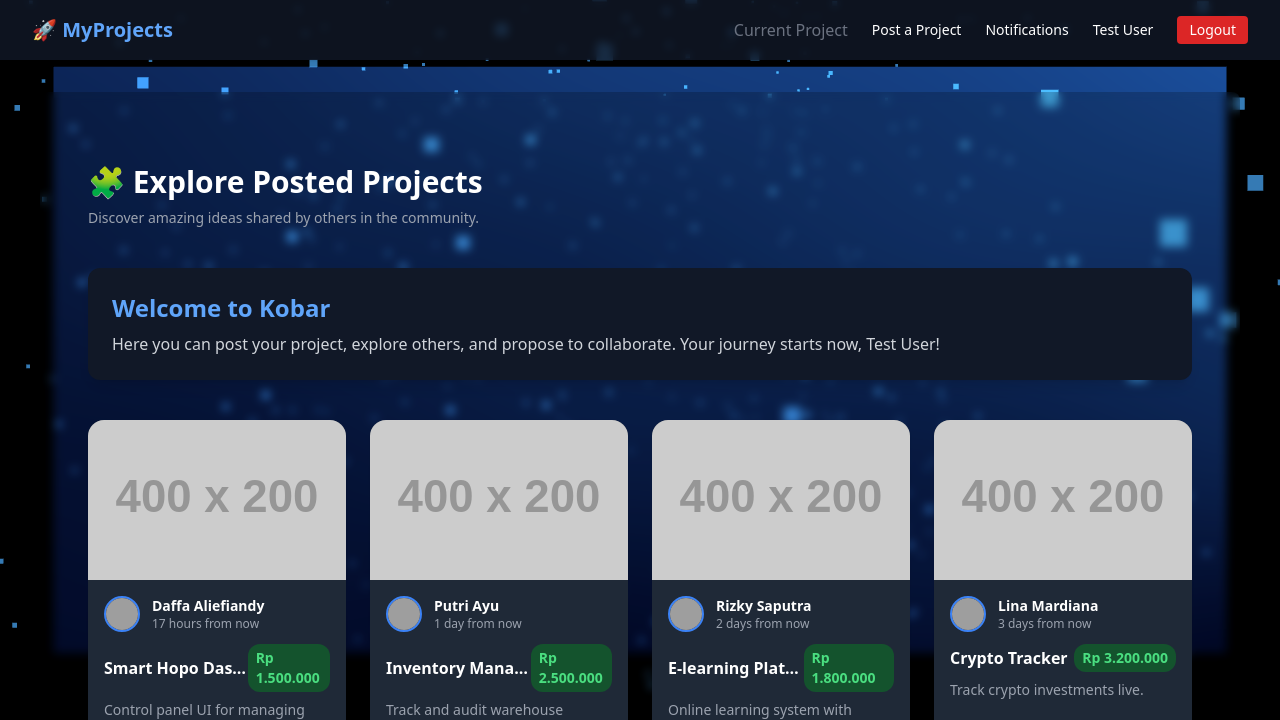
Repository: daffa-alif/kobar
Page: http://localhost/dashboard
These files come from the project's save history. The page is drawn as it stood at one moment and after the next save; the edit follows.
The browser window is 1280 px wide. The pictures show the whole page.
Pictures or frames that could not be fetched are drawn as grey boxes. An inner scrolling area shows only its first screen. Some web libraries are served in a nearby version. The page is served by the project's Laravel application, run on PHP 8.4 with Laravel 12. A made-up administrator, Test User (test@example.com), is signed in.

Above is the page before, as saved 2025-04-05 01:01:19.

After the next save:
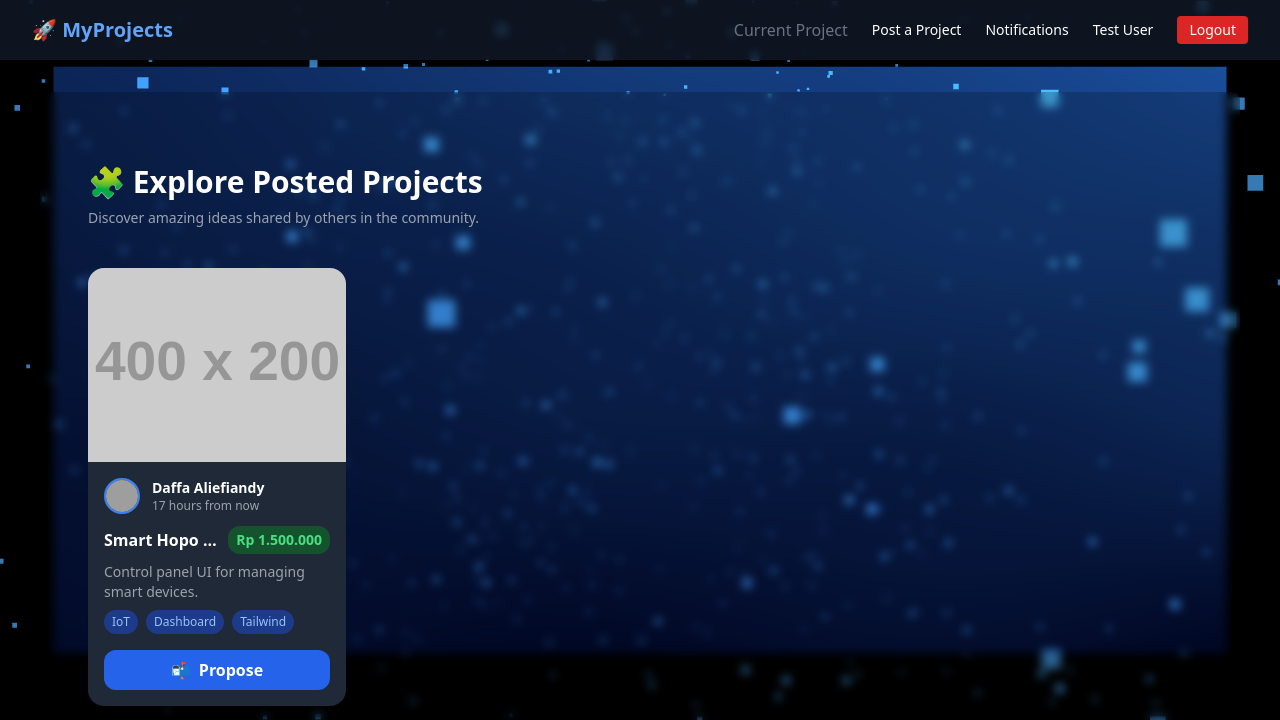
Saved 2 min 33 s later.
--- a/resources/views/dashboard.blade.php
+++ b/resources/views/dashboard.blade.php
@@ -1,20 +1,21 @@
 @extends('layouts.app')
 
 @section('content')
-
-
 <div class="max-w-7xl mx-auto px-4 py-10">
     <div class="mb-10">
         <h1 class="text-3xl font-bold text-white">🧩 Explore Posted Projects</h1>
         <p class="text-gray-400 text-sm mt-2">Discover amazing ideas shared by others in the community.</p>
     </div>
 
+    <!-- Welcome Banner (only shown once after login) -->
+    @if(session('show_welcome'))
     <div class="mb-10">
         <div class="bg-gray-900 rounded-xl p-6 shadow-lg">
             <h2 class="text-2xl font-semibold text-blue-400">Welcome to Kobar</h2>
             <p class="text-gray-300 mt-2">Here you can post your project, explore others, and propose to collaborate. Your journey starts now, {{ Auth::user()->name }}!</p>
         </div>
     </div>
+    @endif
 
     @php
         $projects = [
@@ -27,80 +28,64 @@
                 'tags' => ['IoT', 'Dashboard', 'Tailwind'],
                 'price' => 1500000
             ],
-            [
-                'title' => 'Inventory Management',
-                'description' => 'Track and audit warehouse inventory.',
-                'posted_by' => 'Putri Ayu',
-                'posted_at' => '2025-04-02 09:12',
-                'avatar' => 'https://i.pravatar.cc/100?img=5',
-                'tags' => ['Warehouse', 'PHP', 'MySQL'],
-                'price' => 2500000
-            ],
-            [
-                'title' => 'E-learning Platform',
-                'description' => 'Online learning system with quizzes.',
-                'posted_by' => 'Rizky Saputra',
-                'posted_at' => '2025-04-03 18:05',
-                'avatar' => 'https://i.pravatar.cc/100?img=7',
-                'tags' => ['Education', 'Laravel', 'Livewire'],
-                'price' => 1800000
-            ],
-            [
-                'title' => 'Crypto Tracker',
-                'description' => 'Track crypto investments live.',
-                'posted_by' => 'Lina Mardiana',
-                'posted_at' => '2025-04-04 10:22',
-                'avatar' => 'https://i.pravatar.cc/100?img=12',
-                'tags' => ['Crypto', 'API', 'React'],
-                'price' => 3200000
-            ],
+            // ... other projects
         ];
     @endphp
 
-    <div class="grid grid-cols-2 sm:grid-cols-2 lg:grid-cols-3 xl:grid-cols-4 gap-6">
+    <!-- Mobile-first grid layout -->
+    <div class="grid grid-cols-1 sm:grid-cols-2 lg:grid-cols-3 xl:grid-cols-4 gap-4 sm:gap-6">
         @foreach ($projects as $project)
-            <div class="bg-gray-800 rounded-2xl shadow hover:shadow-xl transition duration-300 flex flex-col">
+        <div class="bg-gray-800 rounded-2xl shadow hover:shadow-xl transition duration-300 flex flex-col">
+            <!-- Project Image -->
+            <div class="relative pb-[50%] sm:pb-[75%]">
                 <img src="https://via.placeholder.com/400x200?text=Project+Image"
                      alt="Project Image"
-                     class="rounded-t-2xl w-full h-40 object-cover">
+                     class="absolute inset-0 w-full h-full object-cover rounded-t-2xl">
+            </div>
 
-                <div class="p-4 flex flex-col flex-1">
-                    <div class="flex items-center gap-3 mb-3">
-                        <img src="{{ $project['avatar'] }}" alt="Avatar"
-                             class="w-9 h-9 rounded-full border-2 border-blue-500">
-                        <div>
-                            <p class="text-sm text-white font-semibold">{{ $project['posted_by'] }}</p>
-                            <p class="text-xs text-gray-400">{{ \Carbon\Carbon::parse($project['posted_at'])->diffForHumans() }}</p>
-                        </div>
+            <div class="p-4 flex flex-col flex-1">
+                <!-- Mobile: Stacked layout, Desktop: Side-by-side -->
+                <div class="flex flex-col sm:flex-row sm:items-center gap-3 mb-3">
+                    <img src="{{ $project['avatar'] }}" alt="Avatar"
+                         class="w-9 h-9 rounded-full border-2 border-blue-500">
+                    <div class="sm:flex-1">
+                        <p class="text-sm text-white font-semibold">{{ $project['posted_by'] }}</p>
+                        <p class="text-xs text-gray-400">{{ \Carbon\Carbon::parse($project['posted_at'])->diffForHumans() }}</p>
                     </div>
+                    <!-- Price on mobile moves below title -->
+                    <span class="sm:hidden text-sm text-green-400 font-semibold bg-green-900 px-2 py-1 rounded-xl self-start">
+                        Rp {{ number_format($project['price'], 0, ',', '.') }}
+                    </span>
+                </div>
 
-                    <div class="flex justify-between items-center mb-2">
-                        <h2 class="text-md font-bold text-white truncate">{{ $project['title'] }}</h2>
-                        <span class="text-sm text-green-400 font-semibold bg-green-900 px-2 py-1 rounded-xl">
-                            Rp {{ number_format($project['price'], 0, ',', '.') }}
-                        </span>
-                    </div>
+                <div class="flex justify-between items-center mb-2">
+                    <h2 class="text-md font-bold text-white truncate flex-1">{{ $project['title'] }}</h2>
+                    <!-- Price hidden on mobile (shown above) -->
+                    <span class="hidden sm:block text-sm text-green-400 font-semibold bg-green-900 px-2 py-1 rounded-xl">
+                        Rp {{ number_format($project['price'], 0, ',', '.') }}
+                    </span>
+                </div>
 
-                    <p class="text-sm text-gray-400 mb-2 line-clamp-2">{{ $project['description'] }}</p>
+                <!-- Description with line clamp -->
+                <p class="text-sm text-gray-400 mb-2 line-clamp-2 sm:line-clamp-3">{{ $project['description'] }}</p>
 
-                    <div class="flex flex-wrap gap-2 mt-auto">
-                        @foreach ($project['tags'] as $tag)
-                            <span class="text-xs bg-blue-900 text-blue-300 px-2 py-1 rounded-full font-medium">{{ $tag }}</span>
-                        @endforeach
-                    </div>
+                <!-- Tags with wrapping -->
+                <div class="flex flex-wrap gap-1 sm:gap-2 mt-auto">
+                    @foreach ($project['tags'] as $tag)
+                    <span class="text-xs bg-blue-900 text-blue-300 px-2 py-1 rounded-full font-medium">{{ $tag }}</span>
+                    @endforeach
+                </div>
 
-                    <div class="mt-4">
-                        <button class="w-full bg-blue-600 hover:bg-blue-700 text-white font-semibold py-2 px-4 rounded-xl transition duration-300">
-                            📬 Propose
-                        </button>
-                    </div>
+                <!-- Propose Button -->
+                <div class="mt-4">
+                    <button class="w-full bg-blue-600 hover:bg-blue-700 text-white font-semibold py-2 px-4 rounded-xl transition duration-300 flex items-center justify-center">
+                        <span class="mr-2">📬</span>
+                        <span>Propose</span>
+                    </button>
                 </div>
             </div>
+        </div>
         @endforeach
     </div>
 </div>
-
-
-
-
 @endsection
